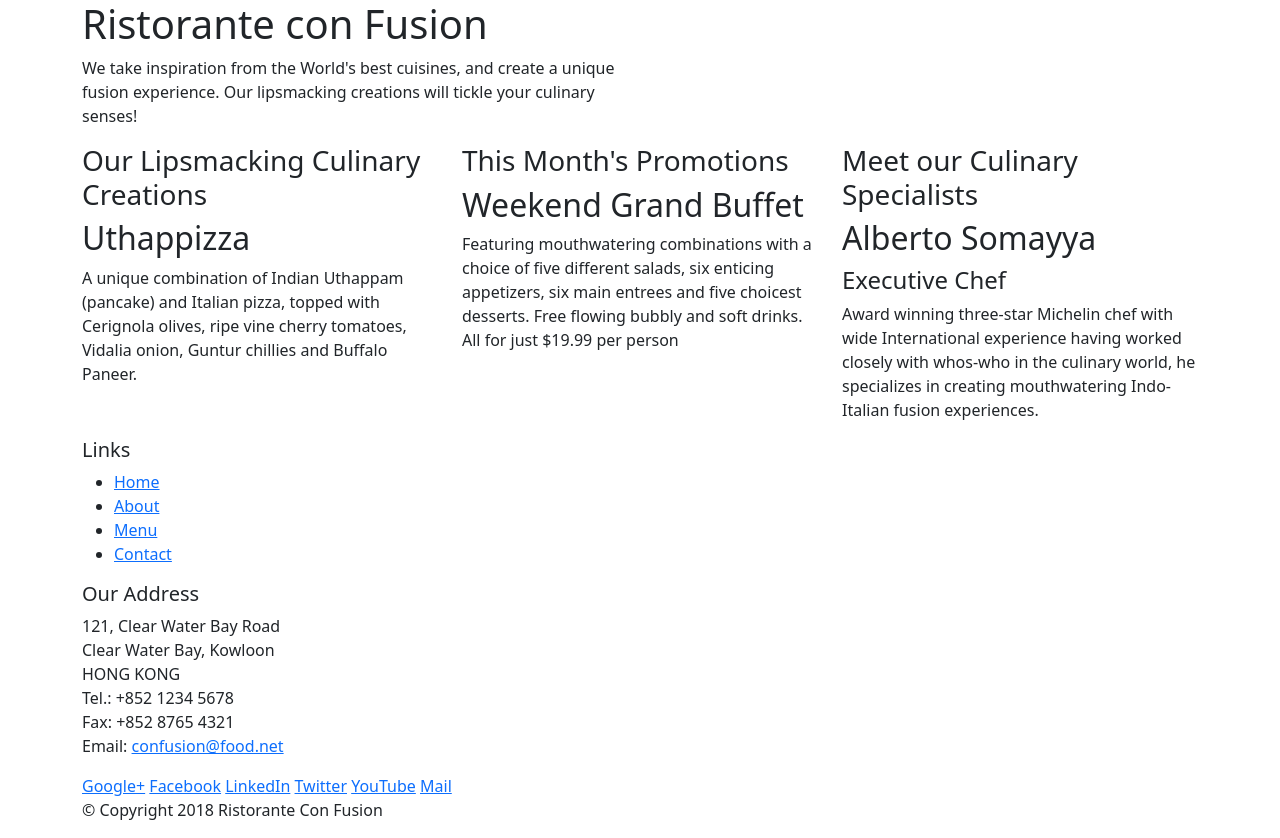
Repository: GiaBaooLe/Reactjs
Page: index.html
The author's editor kept a copy of each file at every save. The page is drawn from the files as they stood at one save, then again after the next save.
The browser window is 1280 px wide. The pictures show the whole page.
Some web libraries are served in a nearby version.

Above is the page before, as saved 2023-09-12 14:07:26.

### index.html
<!DOCTYPE html>
<html lang="en">
  <head>

    <!-- Required meta tags always come first -->
    <meta charset="utf-8" />
    <meta
      name="viewport"
      content="width=device-width, initial-scale=1, shrink-to-fit=no"
    />
    <meta http-equiv="x-ua-compatible" content="ie=edge" />
    <!-- Bootstrap CSS -->
    <link
      rel="stylesheet"
      href="node_modules/bootstrap/dist/css/bootstrap.min.css"
    />

    <title>Ristorante Con Fusio</title>
  </head>

  <body>
    <header class="jumbotron">
        <div class="container">
            <div class="row">


          <div class="col-12 col-sm-6">
            <h1>Ristorante con Fusion</h1>
            <p>
              We take inspiration from the World's best cuisines, and create a
              unique fusion experience. Our lipsmacking creations will tickle
              your culinary senses!
            </p>
          </div>
          </div>
        </div>


    </div>
    </header>

    <div class="container">
        <div class="row">
      <div class="col-12 col-sm-4 ">
        <div>
          <h3>Our Lipsmacking Culinary Creations</h3>
        </div>
        <div>
          <h2>Uthappizza</h2>
          <p>
            A unique combination of Indian Uthappam (pancake) and Italian pizza,
            topped with Cerignola olives, ripe vine cherry tomatoes, Vidalia
            onion, Guntur chillies and Buffalo Paneer.
          </p>
        </div>
      </div>


      <div class="col-12 col-sm-4 ">
        <div>
          <h3>This Month's Promotions</h3>
        </div>
        <div>
          <h2>Weekend Grand Buffet</h2>
          <p>
            Featuring mouthwatering combinations with a choice of five different
            salads, six enticing appetizers, six main entrees and five choicest
            desserts. Free flowing bubbly and soft drinks. All for just $19.99
            per person
          </p>
        </div>
      </div>

      <div class="col-12 col-sm-4 ">
        <div>
          <h3>Meet our Culinary Specialists</h3>
        </div>
        <div>
          <h2>Alberto Somayya</h2>
          <h4>Executive Chef</h4>
          <p>
            Award winning three-star Michelin chef with wide International
            experience having worked closely with whos-who in the culinary
            world, he specializes in creating mouthwatering Indo-Italian fusion
            experiences.
          </p>
        </div>
      </div>
    </div>
    </div>
</div>

    <footer>
      <div class="container">
        <div class="row">

          <div class="col-4 col-sm-2">
            <h5>Links</h5>
            <ul>
              <li><a href="#">Home</a></li>
              <li><a href="#">About</a></li>
              <li><a href="#">Menu</a></li>
              <li><a href="#">Contact</a></li>
            </ul>
          </div>
          <div>
            <h5>Our Address</h5>
            <address>
              121, Clear Water Bay Road<br />
              Clear Water Bay, Kowloon<br />
              HONG KONG<br />
              Tel.: +852 1234 5678<br />
              Fax: +852 8765 4321<br />
              Email: <a href="mailto:confusion@food.net">confusion@food.net</a>
            </address>
          </div>
          <div>
            <div>
              <a href="http://google.com/+">Google+</a>
              <a href="http://www.facebook.com/profile.php?id=">Facebook</a>
              <a href="http://www.linkedin.com/in/">LinkedIn</a>
              <a href="http://twitter.com/">Twitter</a>
              <a href="http://youtube.com/">YouTube</a>
              <a href="mailto:">Mail</a>
            </div>
          </div>
        </div>
        <div>
          <div>
            <p>© Copyright 2018 Ristorante Con Fusion</p>
          </div>
        </div>
      </div>
    </footer>
  </body>
  <script src="node_modules/jquery/dist/jquery.slim.min.js"></script>
  <script src="node_modules/popper.js/dist/umd/popper.min.js"></script>
  <script src="node_modules/bootstrap/dist/js/bootstrap.min.js"></script>
</html>

After the next save:
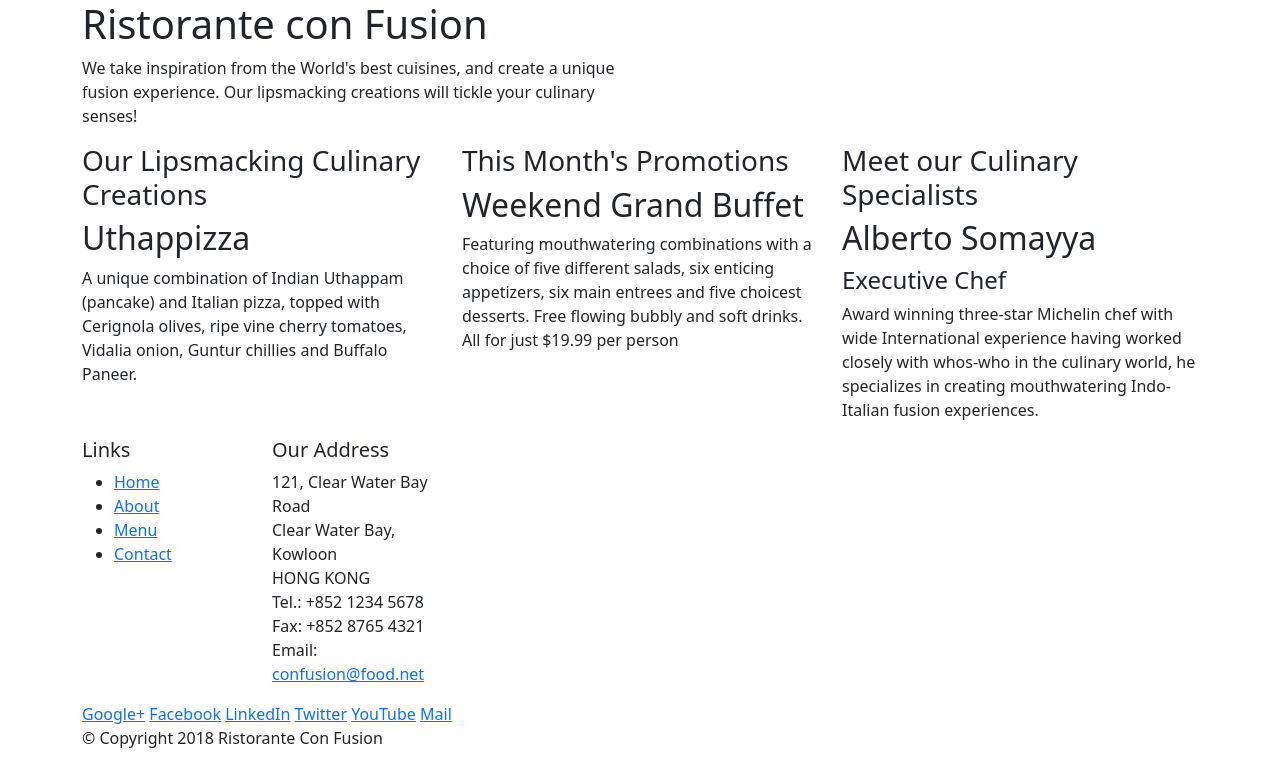
Saved 4 s later.
--- a/index.html
+++ b/index.html
@@ -103,7 +103,7 @@
               <li><a href="#">Contact</a></li>
             </ul>
           </div>
-          <div>
+          <div class="col-4 col-sm-2">
             <h5>Our Address</h5>
             <address>
               121, Clear Water Bay Road<br />
